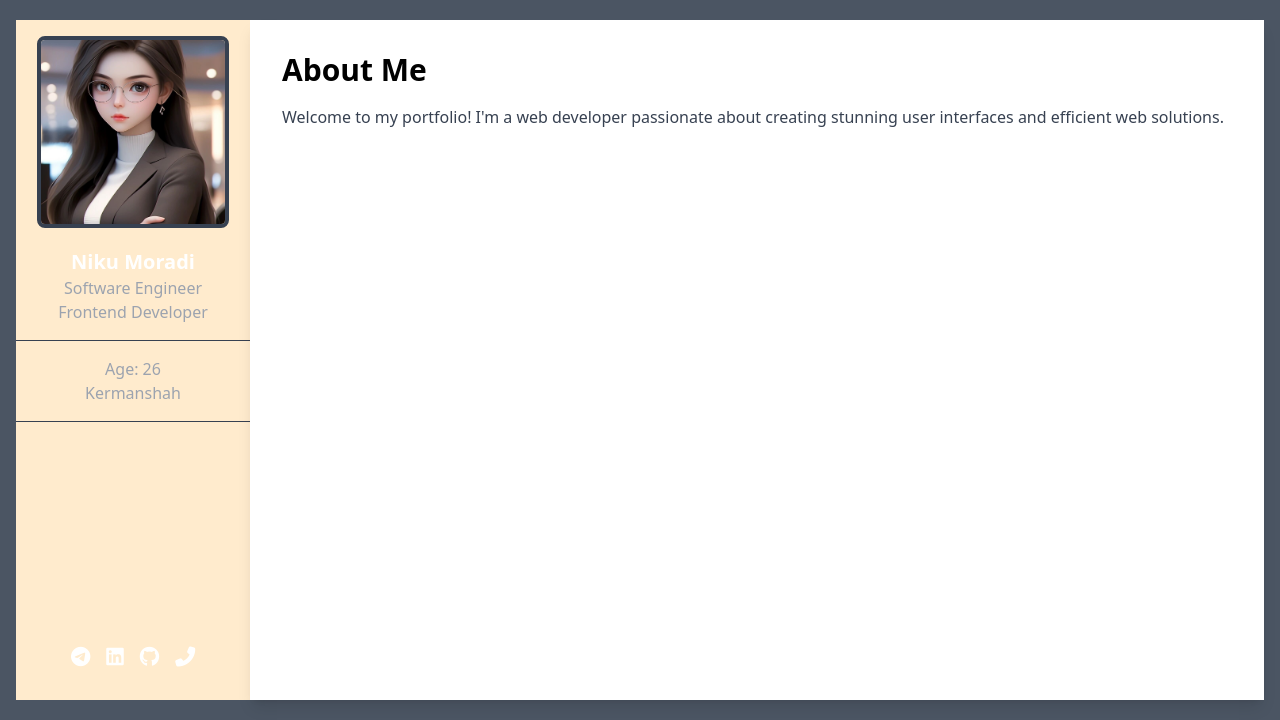
Repository: NikuMoradi/niku-moradi
Page: /
An editor plug-in stored every save of this project. The page is shown before and after the next save, followed by the edit.
The browser window is 1280 px wide. The pictures show the whole page.
The project was rebuilt for these pictures with package versions that can differ from the ones it lists, and the page was loaded fresh each time. The framework's server and built-in components were replaced by stand-ins that run in the browser. Also part of the build but not shown: nuxt.config.ts, components/Blog Posts/Component-Design.vue, components/Blog.vue, components/Contact.vue, components/Education.vue, components/Experience.vue, components/Hero.vue, components/Menu.vue and 3 more.

Above is the page before, as saved 2024-11-29 09:28:29.

After the next save:
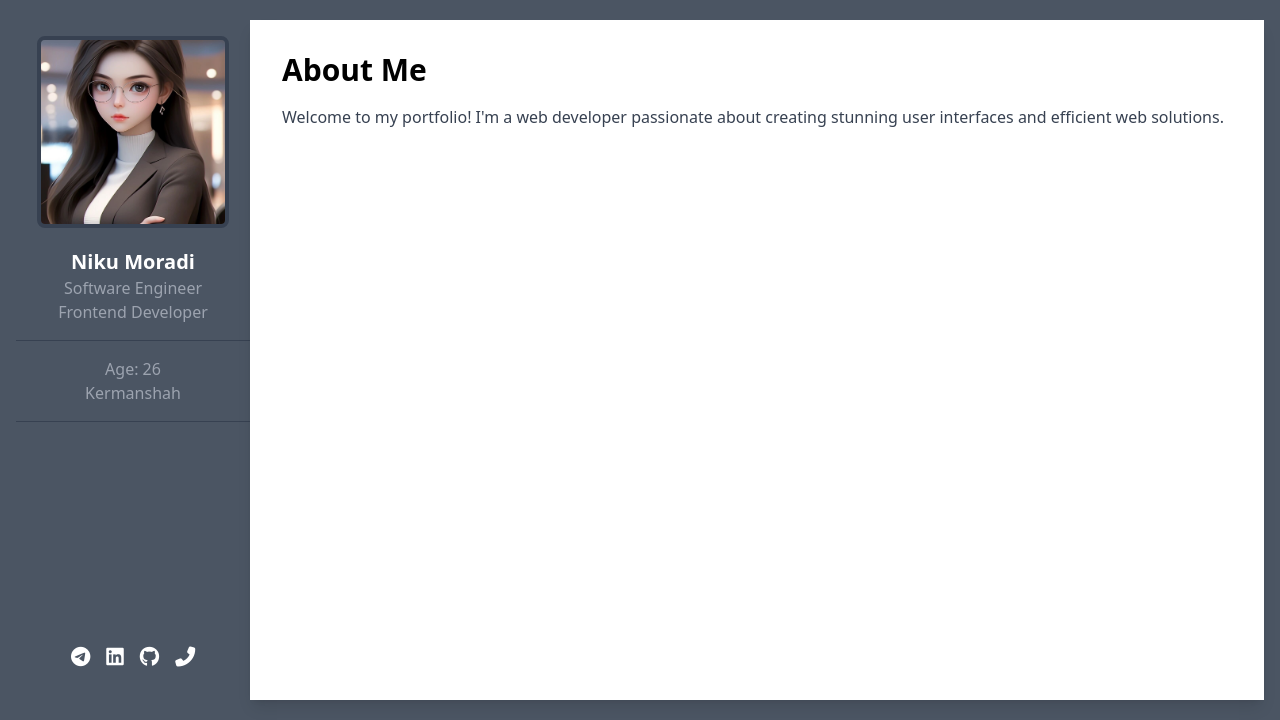
Saved 23 s later.
--- a/components/LeftPanel.vue
+++ b/components/LeftPanel.vue
@@ -1,8 +1,5 @@
 <template>
-  <div
-    class="panel-bg text-white w-72 flex flex-col"
-    style="height: calc(100vh - 40px)"
-  >
+  <div class="text-white w-72 flex flex-col" style="height: calc(100vh - 40px)">
     <!-- Profile Picture -->
     <div
       class="p-4 flex flex-col items-center justify-center border-b border-gray-700"
